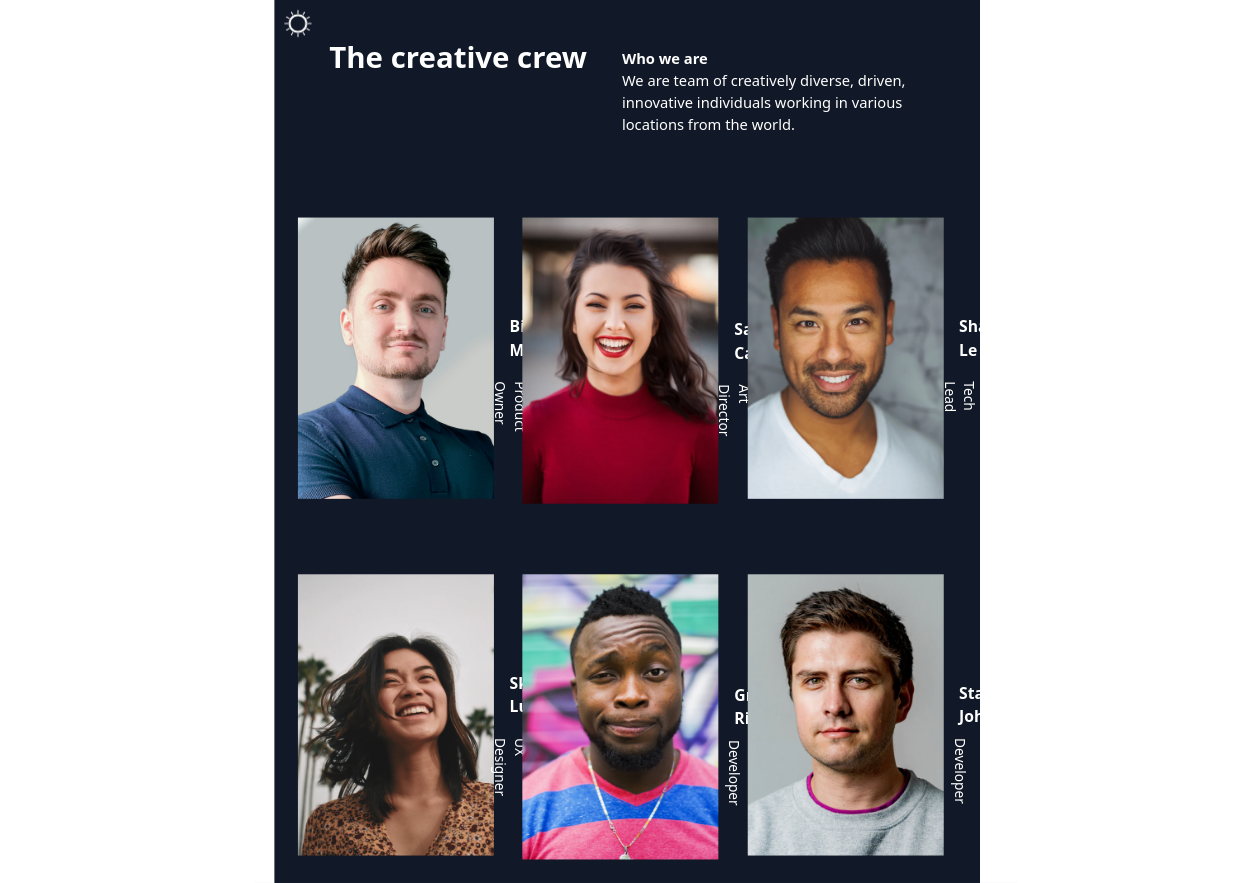
Repository: Alzate1075/Funval-G3-N2
Page: /
These files come from the project's save history. The page is drawn as it stood at one moment and after the next save; the edit follows.
The browser window is 1280 px wide. The pictures show the whole page, at 98% of full size.
The project was rebuilt for these pictures with package versions that can differ from the ones it lists, and the page was loaded fresh each time. Also part of the build but not shown: vite.config.js.

Above is the page before, as saved 2025-07-02 23:44:38.

After the next save:
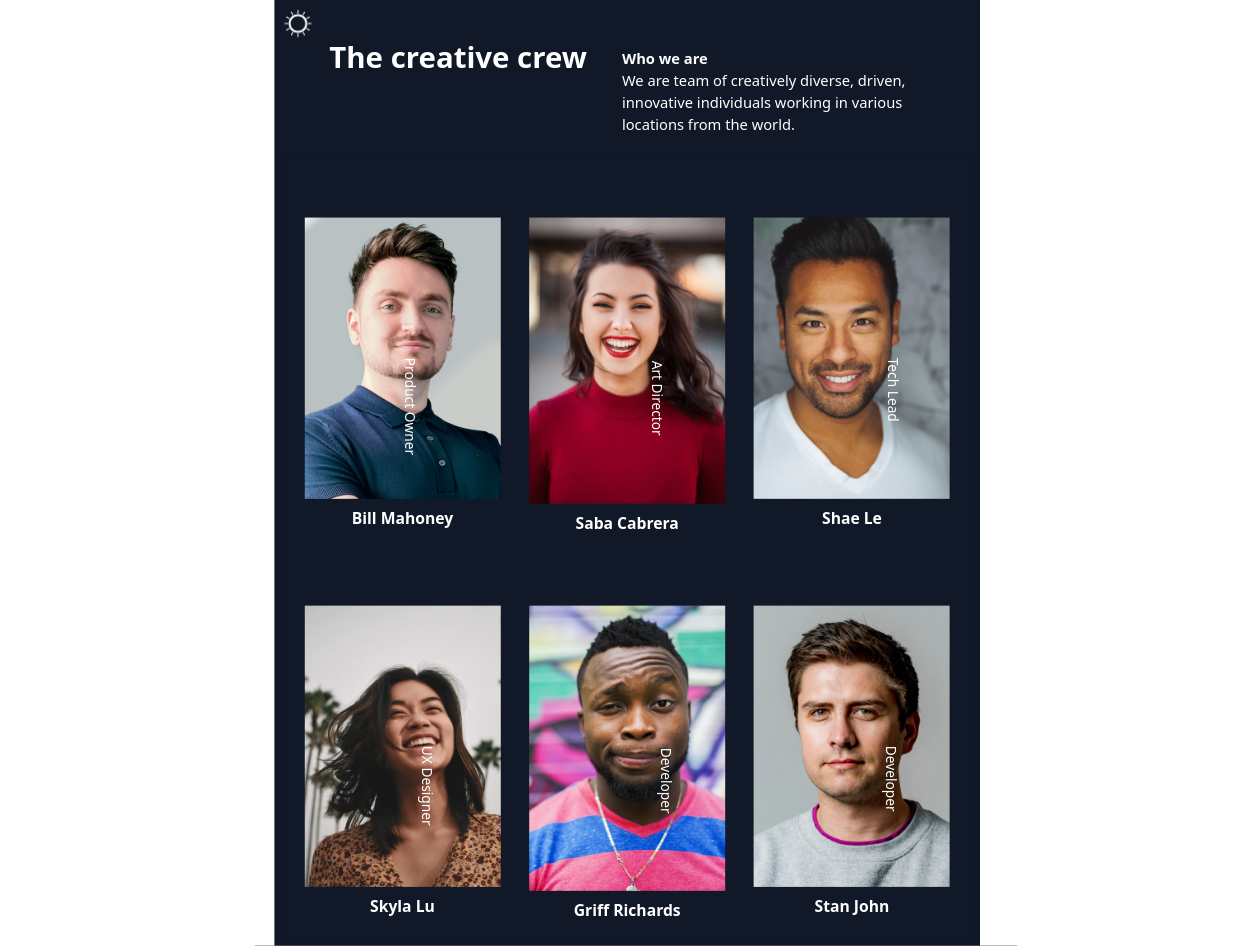
Saved 2 min 6 s later.
--- a/src/components/TeamCard.jsx
+++ b/src/components/TeamCard.jsx
@@ -2,15 +2,16 @@ import React from "react";
 export function TeamCard(props) {
   return (
     <div className={`md:mt-12 ${props.extraClass}`}>
-      <div className="text-black md:text-white flex items-center justify-start gap-2 relative">
+      <div className="text-black md:text-white flex items-center justify-center gap-2 relative">
         <img src={props.image} alt={props.name} className="md:w-[200px] w-20" />
 
-        <div className="flex flex-col items-start ml-2">
-          <h3 className="font-semibold">{props.name}</h3>
-          <span className="rotate-90 md:rotate-90 origin-left text-sm md:text-white text-black">
-            {props.role}
-          </span>
-        </div>
+        <span className="absolute right-0 top-1/2 -translate-y-1/2 rotate-90 origin-left text-sm">
+          {props.role}
+        </span>
+      </div>
+
+      <div className="md:text-white text-black text-center mt-2">
+        <h3 className="font-semibold">{props.name}</h3>
       </div>
     </div>
   );
